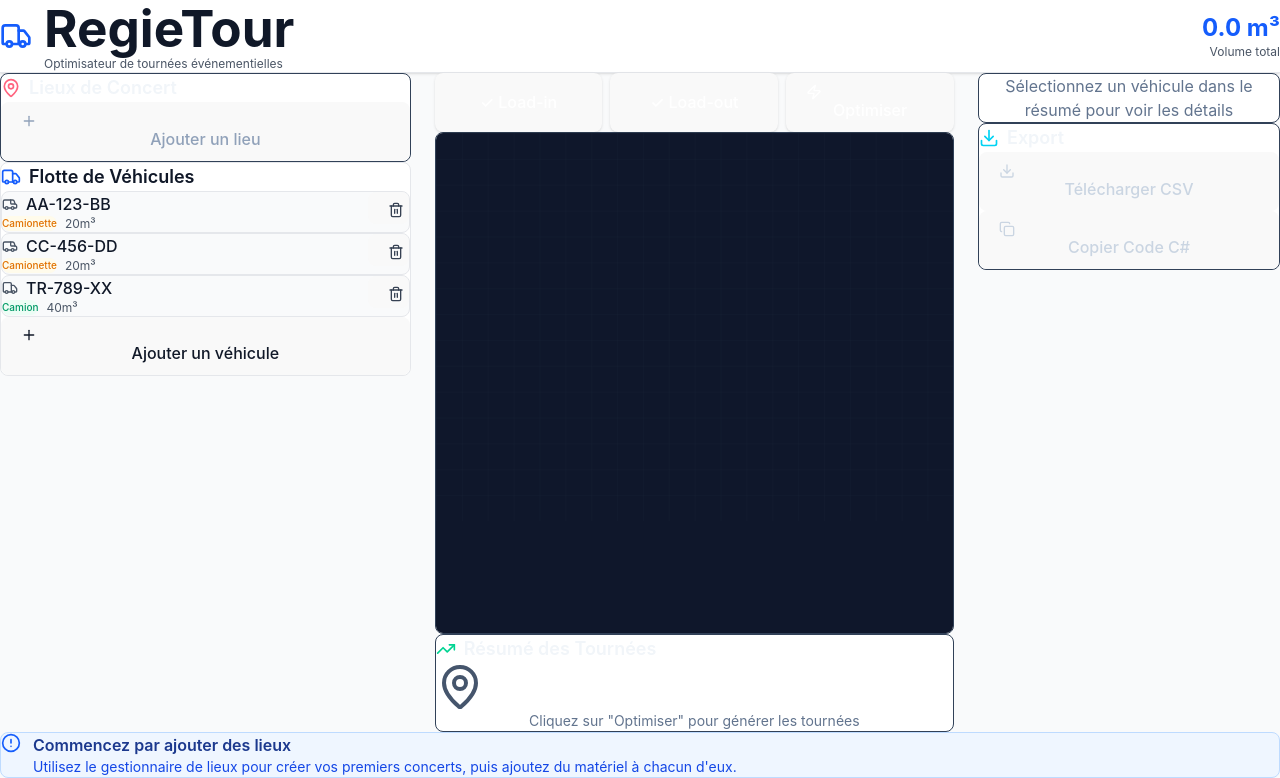
Repository: MaqlachMehdi/logipro
Page: /
An editor plug-in stored every save of this project. The page is shown before and after the next save, followed by the edit.
The browser window is 1280 px wide. The pictures show the whole page.
The project was rebuilt for these pictures with package versions that can differ from the ones it lists, and the page was loaded fresh each time. Also part of the build but not shown: vite.config.ts, src/components/ui/input.tsx, src/components/ui/label.tsx, src/components/VolumeEstimator.tsx, src/components/GearManager.tsx, src/components/ExportDatabase.tsx.

Above is the page before, as saved 2026-02-08 20:01:16.

After the next save:
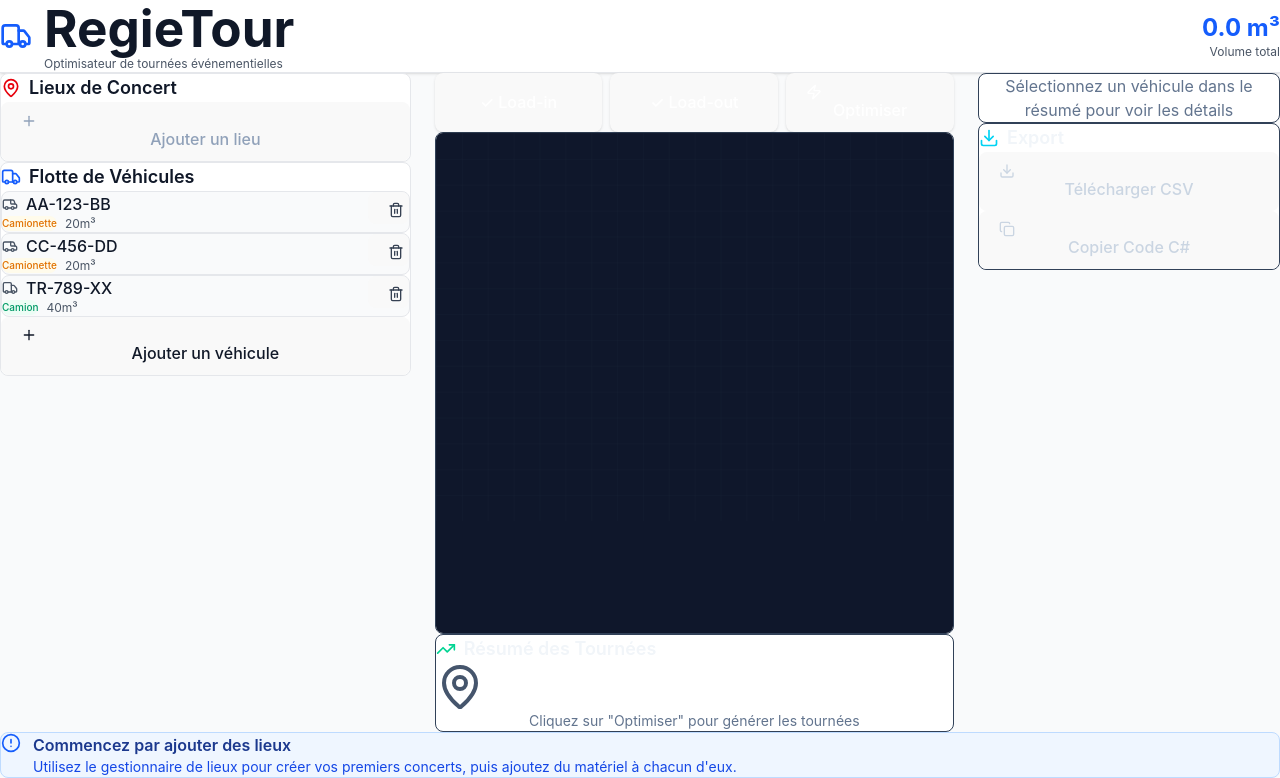
Saved 16 s later.
--- a/src/components/SpotManager.tsx
+++ b/src/components/SpotManager.tsx
@@ -61,10 +61,10 @@ export function SpotManager({
   };
 
   return (
-    <Card className="bg-slate-800 border-slate-700">
+    <Card className="bg-white border-gray-200">
       <CardHeader>
-        <CardTitle className="text-slate-100 flex items-center gap-2">
-          <MapPin className="w-5 h-5 text-rose-400" />
+        <CardTitle className="text-gray-900 flex items-center gap-2">
+          <MapPin className="w-5 h-5 text-red-600" />
           Lieux de Concert
         </CardTitle>
       </CardHeader>
@@ -75,16 +75,16 @@ export function SpotManager({
               key={spot.id}
               className={`p-3 rounded-lg border transition-all cursor-pointer ${
                 selectedSpotId === spot.id
-                  ? 'bg-indigo-500/20 border-indigo-500'
-                  : 'bg-slate-900 border-slate-700 hover:border-slate-600'
+                  ? 'bg-blue-50 border-blue-500'
+                  : 'bg-gray-50 border-gray-200 hover:border-gray-300'
               }`}
               onClick={() => onSelectSpot(spot.id)}
             >
               <div className="flex items-start justify-between">
                 <div className="flex-1 min-w-0">
-                  <h4 className="font-medium text-slate-200 truncate">{spot.name}</h4>
-                  <p className="text-xs text-slate-500 truncate mt-1">{spot.address}</p>
-                  <div className="flex items-center gap-3 mt-2 text-xs text-slate-400">
+                  <h4 className="font-medium text-gray-900 truncate">{spot.name}</h4>
+                  <p className="text-xs text-gray-600 truncate mt-1">{spot.address}</p>
+                  <div className="flex items-center gap-3 mt-2 text-xs text-gray-600">
                     <span className="flex items-center gap-1">
                       <Clock className="w-3 h-3" />
                       {spot.concertTime}
@@ -98,7 +98,7 @@ export function SpotManager({
                 <Button
                   variant="ghost"
                   size="sm"
-                  className="text-slate-500 hover:text-red-400 hover:bg-red-400/10 h-8 w-8 p-0"
+                  className="text-gray-500 hover:text-red-600 hover:bg-red-50 h-8 w-8 p-0"
                   onClick={(e: React.MouseEvent<HTMLButtonElement>) => {
                     e.stopPropagation();
                     onDeleteSpot(spot.id);
